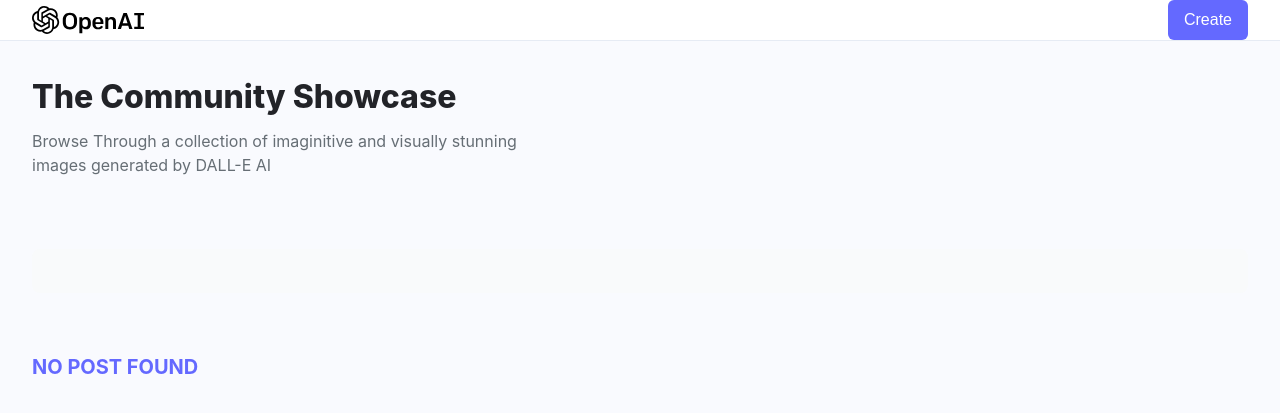
Repository: remydev47/ai-dalle
Page: / (app in client/)
The author's editor kept a copy of each file at every save. The page is drawn from the files as they stood at one save, then again after the next save.
The browser window is 1280 px wide. The pictures show the whole page.
The page's requests for data from a server got no answer. Some web fonts or font styles are not loaded; a fallback is used. The project was rebuilt for these pictures with package versions that can differ from the ones it lists, and the page was loaded fresh each time. No one was signed in, and anything a server would have sent is missing. Also part of the build but not shown: client/vite.config.js, client/src/constants/index.js, client/src/utils/index.js, client/src/components/Card.jsx, client/src/pages/CreatePost.jsx.

Above is the page before, as saved 2023-01-25 12:22:39.

After the next save:
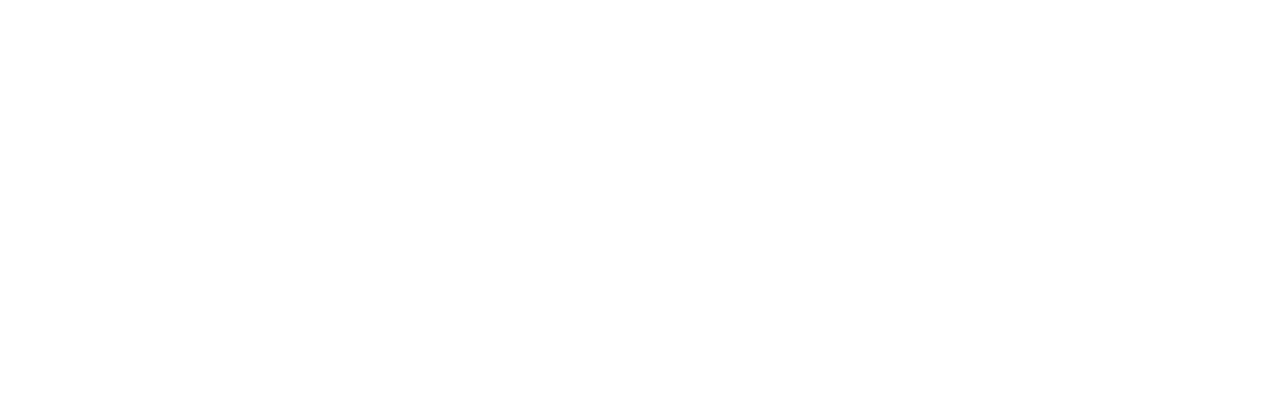
Console error: ReferenceError: second is not defined
Saved 2 min 4 s later.
--- a/client/src/pages/Home.jsx
+++ b/client/src/pages/Home.jsx
@@ -15,6 +15,8 @@
     const [loading, setLoading] = useState(false);
     const [allPosts, setAllPosts] = useState(null);
     const [searchText, setSearchText] = useState('');
+    const [searchedResults, setSearchedResults] = useState(null);
+    const [searchTimeout, setSearchTimeout] = useState(second)
 
     useEffect(() => {
       const fetchPosts = async () => {
@@ -49,7 +51,9 @@
         setTimeout(() => {
             const searchResults = allPosts.filter((item) => item.name.
             toLowerCase().include(searchText.toLowerCase()) || item.
-            prompt.toLowerCase().includes(searchText.toLowerCase()))
+            prompt.toLowerCase().includes(searchText.toLowerCase()));
+
+            setse
         }, 500);
     }
 

After the save that followed:
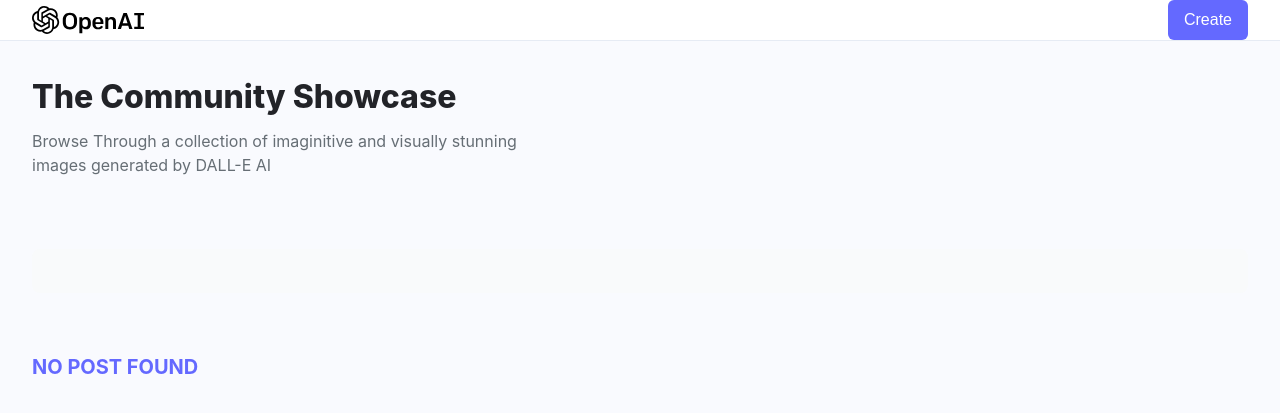
The error is gone.
Saved 14 s later.
--- a/client/src/pages/Home.jsx
+++ b/client/src/pages/Home.jsx
@@ -16,7 +16,7 @@
     const [allPosts, setAllPosts] = useState(null);
     const [searchText, setSearchText] = useState('');
     const [searchedResults, setSearchedResults] = useState(null);
-    const [searchTimeout, setSearchTimeout] = useState(second)
+    const [searchTimeout, setSearchTimeout] = useState(null);
 
     useEffect(() => {
       const fetchPosts = async () => {
